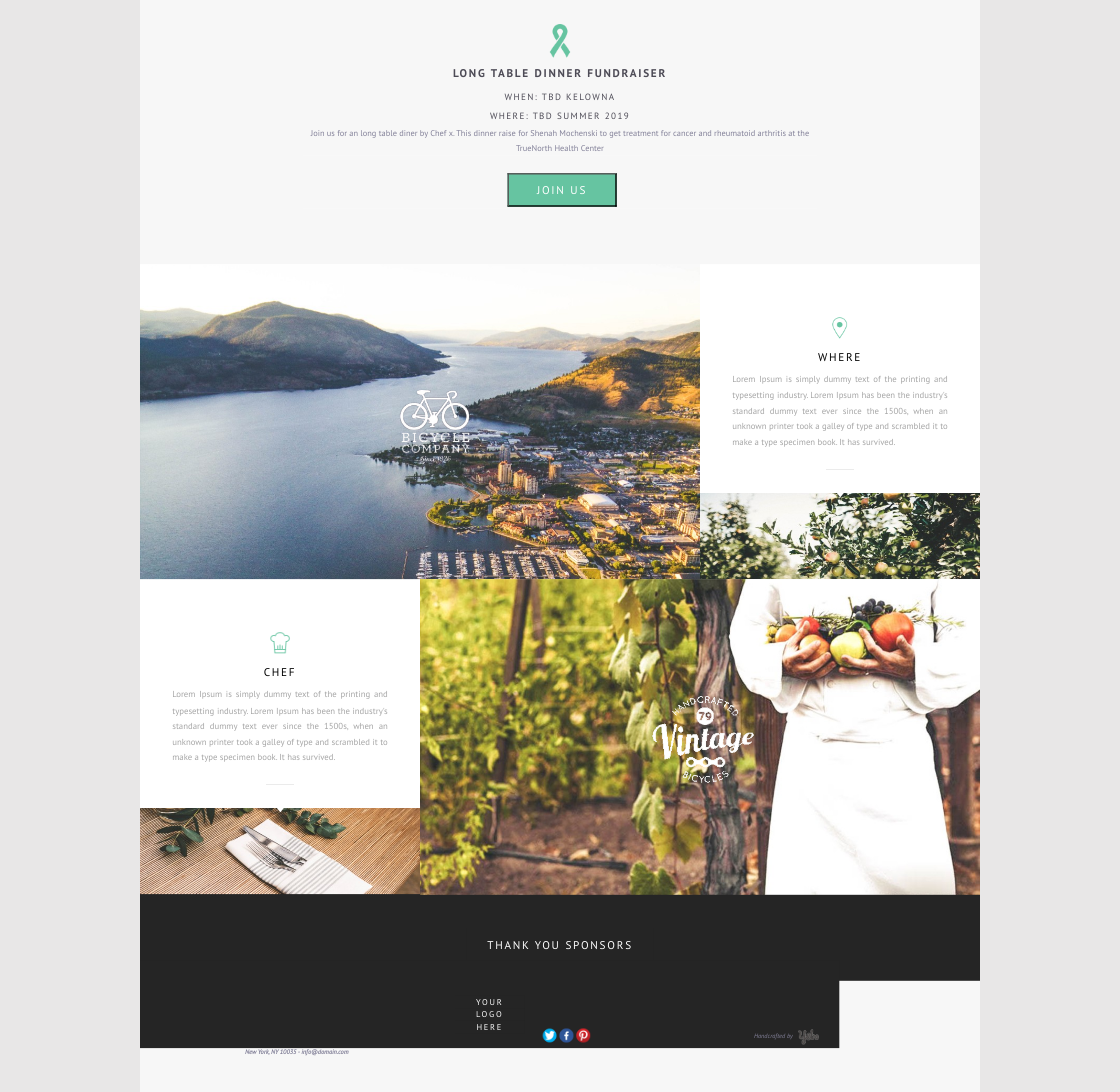
Repository: vancodes/longtable
Page: index.html
An editor plug-in stored every save of this project. The page is shown before and after the next save, followed by the edit.
The browser window is 1280 px wide. The page is 1600 px wide, so the pictures cover 1600 px, including what lies to the right of the window. The pictures show the part of the page from y = 796 to 2356 px (the page is 2356 px tall before and 2297 px after), at 70% of full size.

Above is the page before, as saved 2019-04-08 16:16:05.

After the next save:
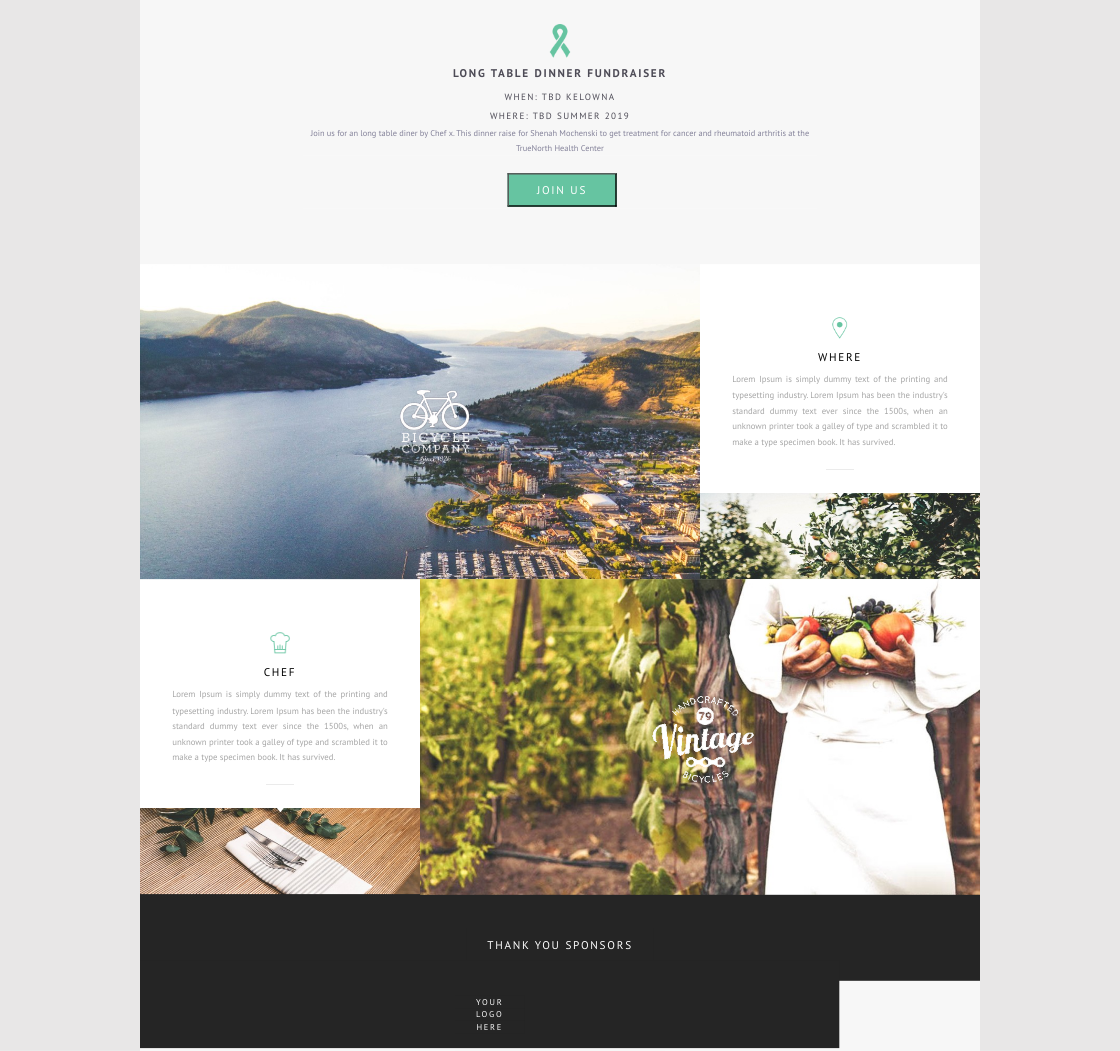
Saved 90 s later.
--- a/index.html
+++ b/index.html
@@ -188,24 +188,7 @@
        </div>
       <div class="main" align="center">
         <div class="footer-container">
-          <div class="footer-left">
-            <span>AOD New York</span>
-            <span class="footer-text">
-      <p>2250 Lexington Avenue</p>
-      <p>New York, NY 10035 - info@domain.com</p>
-      </span >
-      </div>
-      <div class="footer-middle">
-        <img src="assets\twitter.png" alt="twitter icon">
-        <img src="assets\facebook.png" alt="facebook icon">
-        <img src="assets\pinterest.png" alt="pinterest icon">
-      </div>
-      <div class="footer-right">
-        <span class="footer-right-text">
-          <p>Handcrafted by</p>
-        </span>
-            <img src="assets\yebo-logo.png" alt="yebo logo">
-          </div>
+
         </div>
       </div>
       <!--end-->
